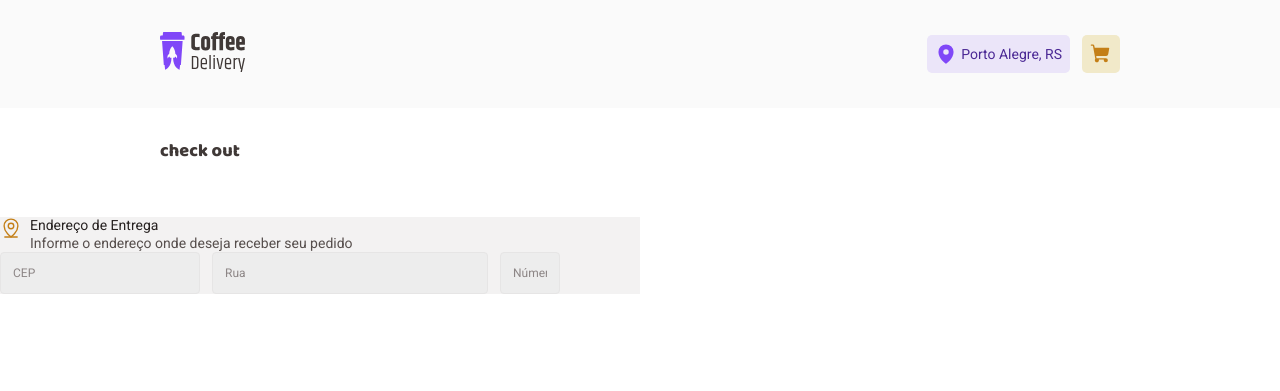
Repository: caueenrico/CoffeDelivery
Page: /checkout
An editor plug-in stored every save of this project. The page is shown before and after the next save, followed by the edit.
The browser window is 1280 px wide. The pictures show the whole page.
The project was rebuilt for these pictures with package versions that can differ from the ones it lists, and the page was loaded fresh each time. Also part of the build but not shown: vite.config.ts, src/components/CoffesOptions/styled.ts, src/components/CoffeCards/styles.ts, src/components/IpuntNumber/styles.ts, src/components/IpuntNumber/index.tsx, src/components/CartOfCard/styles.ts, src/components/CartOfCard/index.tsx, src/utils/formatMoney.ts and 4 more.

Above is the page before, as saved 2022-09-22 15:03:18.

### index.html
<!DOCTYPE html>
<html lang="en">
  <head>
    <meta charset="UTF-8" />

    <link rel="preconnect" href="https://fonts.googleapis.com" />
    <link rel="preconnect" href="https://fonts.gstatic.com" crossorigin />
    <link
      href="https://fonts.googleapis.com/css2?family=Baloo+2:wght@700;800&family=Roboto:wght@400;700&display=swap"
      rel="stylesheet"
    />

    <link rel="icon" type="image/svg+xml" href="/vite.svg" />
    <meta name="viewport" content="width=device-width, initial-scale=1.0" />
    <title>Vite + React + TS</title>
  </head>
  <body>
    <div id="root"></div>
    <script type="module" src="/src/main.tsx"></script>
  </body>
</html>

### src/App.tsx
import { BrowserRouter } from "react-router-dom";
import { ThemeProvider } from "styled-components";
import { Router } from "./Router";
import { defaultTheme } from "./styles/themes/default";
import { GlobalStyle } from "./styles/themes/global";

export function App() {
  return (
    <ThemeProvider theme={defaultTheme}>
      <BrowserRouter>
        <Router />
      </BrowserRouter>
      <GlobalStyle />
    </ThemeProvider>
  );
}

### src/Router.tsx
import { Routes, Route } from 'react-router-dom'
import { DefaultLayout } from './layouts/DefaultLayout'
import { CheckOut } from './pages/CheckOut'
import { Home } from './pages/Home'



export function Router() {
  return (
    <Routes>
      <Route path="/" element={<DefaultLayout />}>
        <Route path="/" element={<Home />} />
        <Route path="/checkout" element={<CheckOut />} />
      </Route>
    </Routes>
  )
}

### src/styles/themes/default.ts
export const defaultTheme = {
  white: '#FFFFFF',

  // PRODUTOS
  'yellow-dark': '#C47F17',
  'yellow': '#DBAC2C',
  'yellow-light': '#F1E9C9',

  'purple-dark': '#4B2995',
  'purple': '#8047F8',
  'purple-light': '#EBE5F9',

  //BASE
  'title':'#272221',
  'subtitle': '#403937',
  'text':'#574F4D',
  'label':'#8D8686',
  'hover':'#D7D5D5',
  'button':'#E6E5E5',
  'input':'#EDEDED',
  'card':'#F3F2F2',
  'background':'#FAFAFA'
}

### src/styles/themes/global.ts
import { createGlobalStyle } from "styled-components";


export const GlobalStyle = createGlobalStyle`
  *{
    margin: 0;
    padding: 0;
    box-sizing: border-box;
  }

  :focus{
    outline: 0;
  }

  body{
    -webkit-font-smoothing: antialiased;
  }

  body,input,textarea,button{
    font-family: 'Roboto', sans-serif;
    font-weight: 400;
    font-size: 1rem;
  }

  input::-webkit-outer-spin-button,
  input::-webkit-inner-spin-button {
    -webkit-appearance: none;
    margin: 0;
  }
  input[type="number"] {
    -moz-appearance: textfield;
  }

`

### src/layouts/DefaultLayout/index.tsx
import { Outlet } from 'react-router-dom'
import { Header } from '../../components/Header'
import { LayoutContainer } from './styles'

export function DefaultLayout() {
  return (
    <div>
      <LayoutContainer>
        <Header />
        <Outlet />
      </LayoutContainer>
    </div>
  )
}

### src/pages/CheckOut/index.tsx
import { MapPinLine } from "phosphor-react";
import { useTheme } from "styled-components";
import { TilteText } from "../Home/styles";
import { AddressForm } from "./AddresForm";
import { TextCheck } from "./components/TextosCheck";
import { AddressFormContainer, ContainerCheckOut } from "./styles";


export function CheckOut (){

  return(
    <>
    <TilteText>
      check out
    </TilteText>

    <ContainerCheckOut>
      <TextCheck
      icon={<MapPinLine size={22} color="#C47F17"/>}
      title='Endereço de Entrega'
      subtitle="Informe o endereço onde deseja receber seu pedido"
      />


        <AddressForm />


    </ContainerCheckOut>
    </>
  )
}

### src/components/Header/index.tsx
import { HeaderContainer, NavHeaders } from "./styles";
import logo from '../assets/logo.svg';
import { Locations } from "../Locations";
import { Cart } from "../Cart";
import { NavLink } from "react-router-dom";


export function Header() {
  return (
    <HeaderContainer>
      <NavLink to='/'>
      <img src={logo} alt="" />
      </NavLink>

      <NavHeaders>
        <Locations />
        <NavLink to='/checkout'>
          <Cart/>
        </NavLink>
      </NavHeaders>
    </HeaderContainer>
  );
}

### src/layouts/DefaultLayout/styles.ts
import styled from 'styled-components'

export const LayoutContainer = styled.div`

`

### src/pages/Home/styles.ts
import Background from '../assets/Background.png'

import styled from "styled-components";

export const BannerContainer = styled.div`

display: flex;
align-items: center;
justify-content: space-between;

padding: 94px 160px;

background-image: url(${Background});
background-position: center;
background-repeat: no-repeat;
background-size: cover;

`

export const TextContainer = styled.div`
 max-width: 588px;

 h1{
  font-family: 'Baloo 2';
  font-style: normal;
  font-weight: 800;
  font-size: 48px;
  line-height: 130%;
  color: ${props => props.theme['title']}
 }

  span {
    font-family: 'Roboto';
    font-weight: 400;
    font-size: 20px;
    line-height: 130%;
    color: ${props => props.theme['subtitle']}
  }




`

export const Benefist = styled.div `

  margin-top: 66px;
  max-width: 567px;
  color: ${props => props.theme['text']};

  ul {
    list-style-type: none;
    display: flex;
    gap: 40px;

  }

  ul li{
    font-size: 16px;
    display: flex;
    align-items: center;
    margin-bottom: 20px;
    gap: 12px;


  }

  .test{
    width: 231px;
  }
`

export const ProductsContainer = styled.div`

  h1{
    font-family: 'Baloo 2';
    font-style: normal;
    font-weight: 800;
    font-size: 32px;
    line-height: 130%;

    margin-left: 160px;
    margin-top: 32px;
    margin-bottom: 54px;

    color:${props => props.theme['subtitle']}
  }



`

export const TilteText = styled.h1`
    font-family: 'Baloo 2';
    font-style: normal;
    font-weight: 800;
    font-size: 18px;
    line-height: 130%;

    margin-left: 160px;
    margin-top: 32px;
    margin-bottom: 54px;

    color:${props => props.theme['subtitle']}
`

### src/pages/CheckOut/AddresForm.tsx
import { InputForm } from "../../components/InpuitForm";
import { AddressFormContainer } from "./styles";



export function AddressForm(){
  return(
    <AddressFormContainer>
      <InputForm placeholder="CEP" type='number' className="cep"/>
      <InputForm placeholder="Rua" className="street"/>
      <InputForm placeholder="Número" type='number'/>

    </AddressFormContainer>
  )
}

### src/pages/CheckOut/components/TextosCheck/index.tsx
import { ReactNode } from "react"
import { SectionTitleContainer } from "./styles"

interface TextCheckProps{
  title: string
  subtitle: string
  icon: ReactNode
}

export function TextCheck({title,subtitle,icon}: TextCheckProps){
  return(
    <SectionTitleContainer>
      {icon}
      <div>
        <h1>{title}</h1>
        <span>{subtitle}</span>
      </div>
    </SectionTitleContainer>
  )
}

### src/pages/CheckOut/styles.ts
import styled from "styled-components";

export const ContainerCheckOut = styled.div `

  display: flex;
  flex-direction: column;
  width: 40rem;
  background: ${props => props.theme.card};
`

export const AddressFormContainer = styled.div`
  width: 100%;
  display: grid;
  grid-template-columns: 12.5rem 17.25rem 3.75rem;
  column-gap: 0.75rem;
  row-gap: 1rem;
  grid-auto-flow: dense;
`

### src/components/Header/styles.ts
import styled from "styled-components";

export const HeaderContainer = styled.div`

  min-height: 104px;

  display: flex;
  align-items: center;
  justify-content: space-between;

  padding: 32px 160px;

  background-color: ${props => props.theme['background']};

  position: sticky;
  top: 0;
  left: 0;
  z-index: 5;

`
export const NavHeaders = styled.nav`
  display: flex;
  gap: 12px;

`

### src/components/Locations/index.tsx
import { MapPin } from "phosphor-react";
import { LocationsContainer } from "./styles";


export function Locations (){

  return (
    <LocationsContainer>
        <MapPin size={22} weight='fill' color="#8047F8"/> Porto Alegre, RS
    </LocationsContainer>
  )
}

### src/components/Cart/index.tsx
import { ShoppingCart } from "phosphor-react";
import React from "react";
import { CartContainer } from "./styles";

export function Cart (){
  return(
    <CartContainer>
      <ShoppingCart size={22} weight='fill'/>
    </CartContainer>
  )
}

### src/components/InpuitForm/index.tsx
import { InputHTMLAttributes } from "react";
import { InputStyleContainer } from "./styles";

type InputProps = InputHTMLAttributes<HTMLInputElement>

export function InputForm({...props}:InputProps ){
  return(
    <InputStyleContainer {...props}/>
  )
}

### src/pages/CheckOut/components/TextosCheck/styles.ts
import styled from "styled-components";

export const SectionTitleContainer = styled.div`
  display: flex;
  gap: 0.5rem;

  div{
    h1{
      font-size: 0.875rem;
      font-weight: 400;
      color: ${props => props.theme.title};
    }
    span{
      font-size: 0.875rem;
      font-weight: 400;
      color: ${props => props.theme.text};
    }
  }

`

### src/components/Locations/styles.ts
import styled from "styled-components";

export const LocationsContainer = styled.div`
  border-radius: 5px;

  max-width: 143px;
  padding: 8px;
  font-size: 14px;

  background-color: ${props => props.theme['purple-light']};
  color: ${props => props.theme['purple-dark']};

  display: flex;
  justify-content: center;
  align-items: center;
  gap: 4px;



`

### src/components/Cart/styles.ts
import styled from "styled-components";

export const CartContainer = styled.button`
  max-width: 38px;
  max-height: 38px;
  border-radius: 5px;
  border: none;

  background-color: ${props => props.theme['yellow-light']};
  color: ${props => props.theme['yellow-dark']};

  display: flex;
  align-content: center;
  align-items: center;

  padding: 8px;

`

### src/components/InpuitForm/styles.ts
import styled from "styled-components";

export const InputStyleContainer = styled.input`
  height: 2.625rem;
  border-radius: 4px;
  border: 1px solid ${props => props.theme.button};
  background: ${props => props.theme.input};
  transition: 0.4s;

  &:focus{
    border-color: ${props => props.theme["yellow-dark"]};
  }

  color: ${props => props.theme["text"]};
  font-size: 00.75rem;
  padding: 0 0.75rem;

  &::placeholder{
    color: ${props => props.theme["label"]};
  }
`

Loaded but not shown: src/main.tsx (common file)

After the next save:
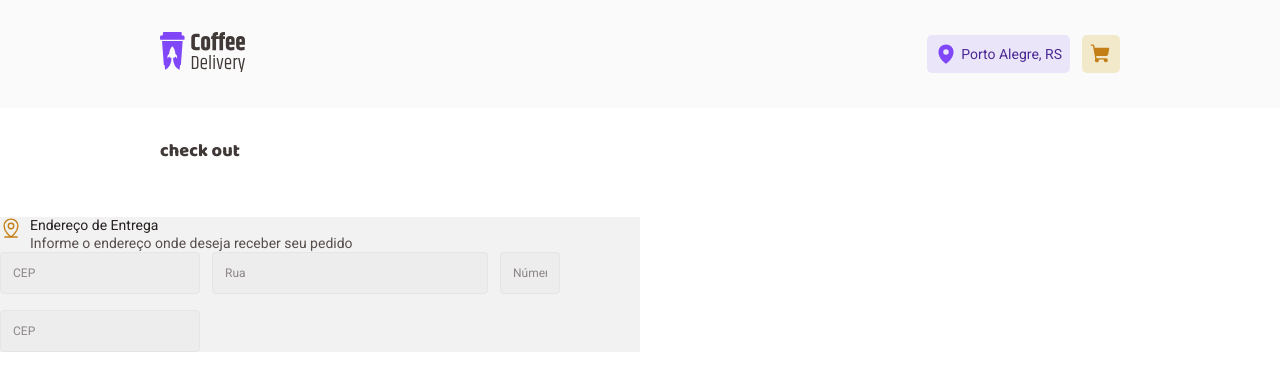
Saved 7 s later.
--- a/src/pages/CheckOut/AddresForm.tsx
+++ b/src/pages/CheckOut/AddresForm.tsx
@@ -9,7 +9,7 @@ export function AddressForm(){
       <InputForm placeholder="CEP" type='number' className="cep"/>
       <InputForm placeholder="Rua" className="street"/>
       <InputForm placeholder="Número" type='number'/>
-
+      <InputForm placeholder="CEP" type='number' className="cep"/>
     </AddressFormContainer>
   )
 }
